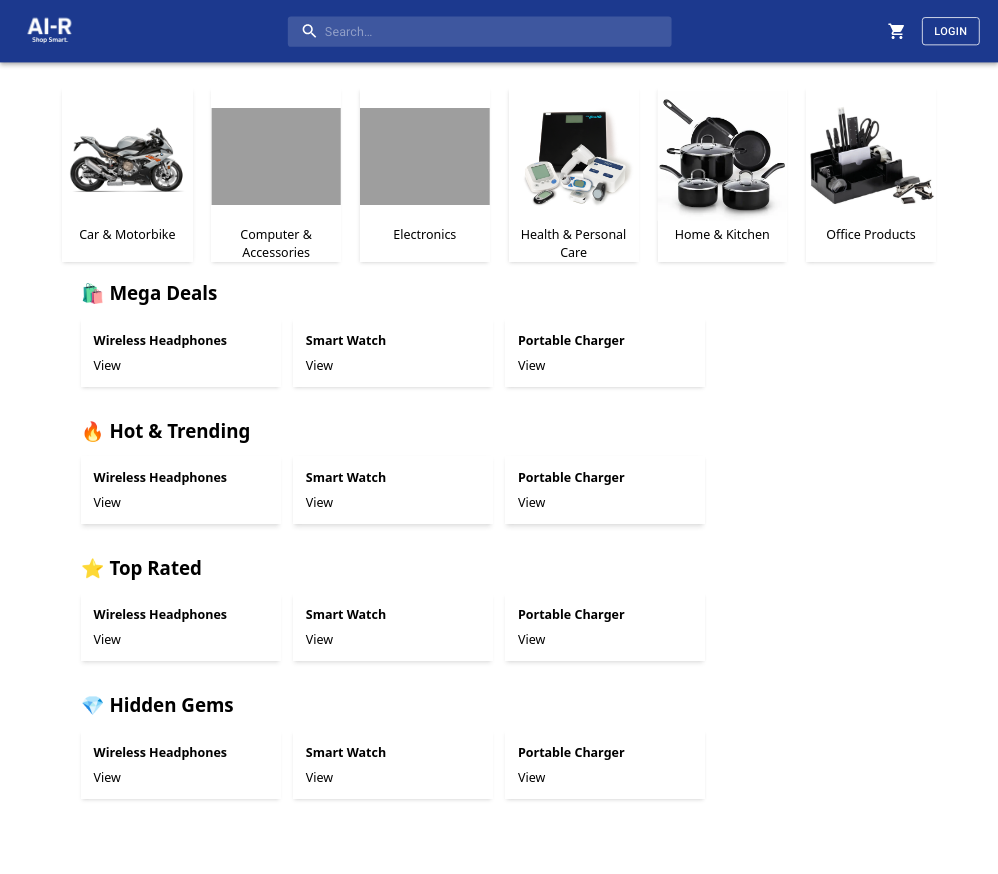
Repository: Yeshwanth-189/a-i-r
Page: / (app in client/)
An editor plug-in stored every save of this project. The page is shown before and after the next save, followed by the edit.
The browser window is 1280 px wide. The pictures show the whole page, at 78% of full size.
Pictures or frames that could not be fetched are drawn as grey boxes. The project was rebuilt for these pictures with package versions that can differ from the ones it lists, and the page was loaded fresh each time. Also part of the build but not shown: client/vite.config.js, client/src/App.css.

Above is the page before, as saved 2025-04-12 15:30:18.

After the next save:
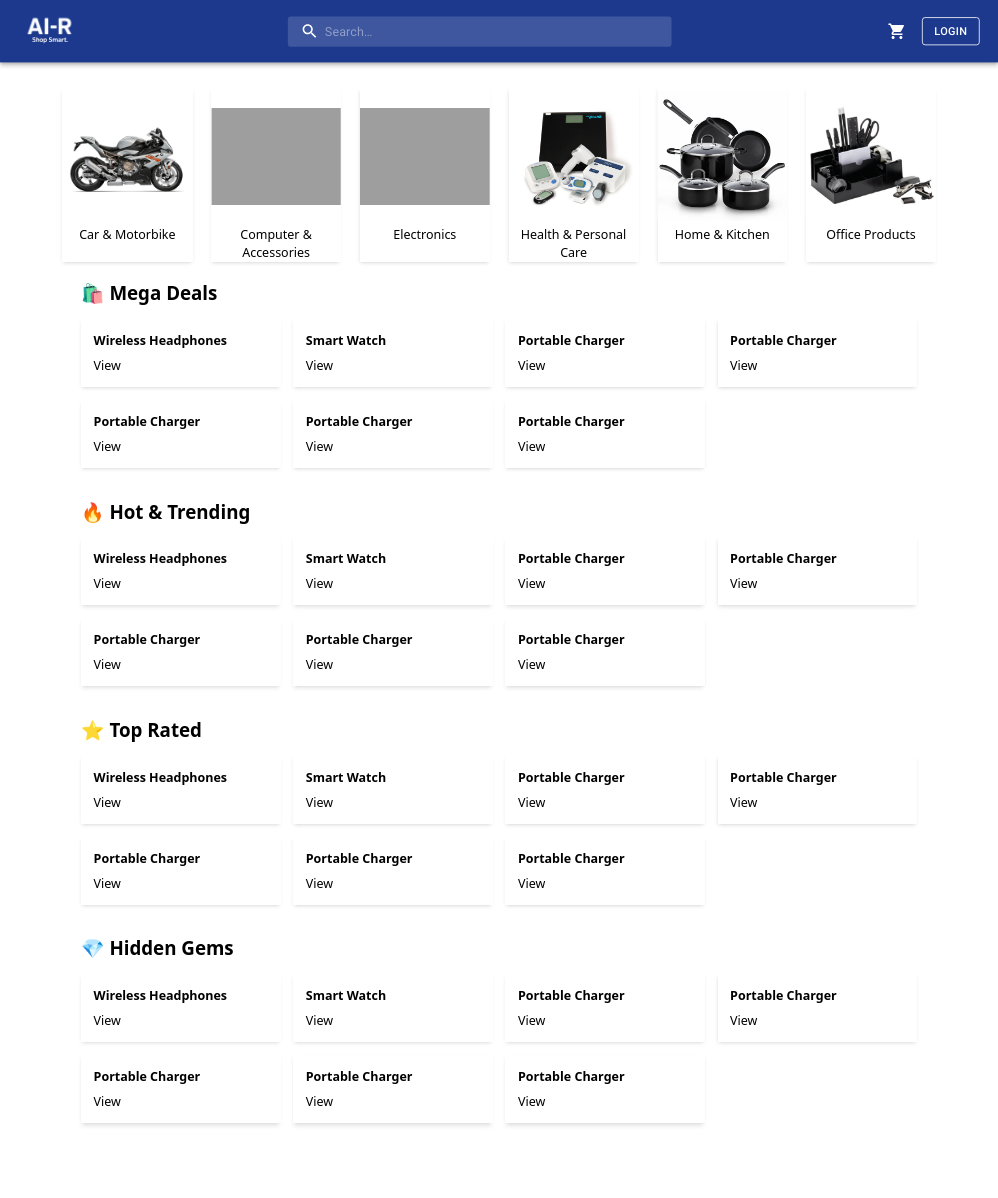
Saved 21 s later.
--- a/client/src/pages/homePage.jsx
+++ b/client/src/pages/homePage.jsx
@@ -20,6 +20,10 @@ const categories = [
 const dummyProducts = [
   { id: 1, name: "Wireless Headphones" },
   { id: 2, name: "Smart Watch" },
+  { id: 3, name: "Portable Charger" },
+  { id: 3, name: "Portable Charger" },
+  { id: 3, name: "Portable Charger" },
+  { id: 3, name: "Portable Charger" },
   { id: 3, name: "Portable Charger" },
 ];
 
